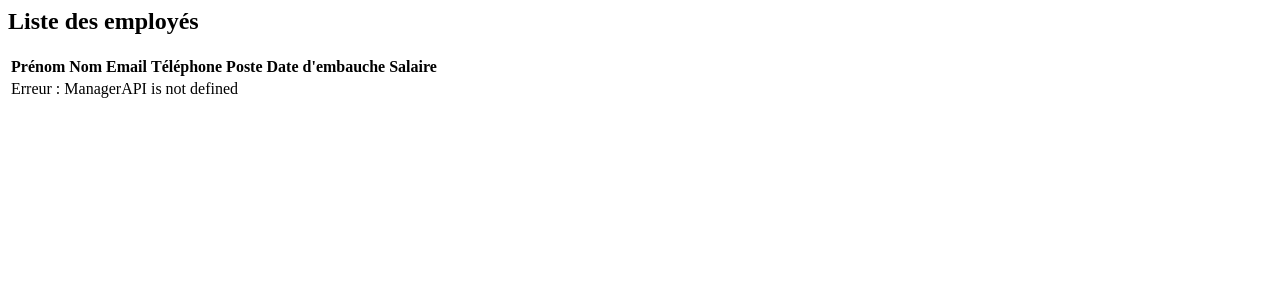
Repository: amosndayikeza-dev/Reviewa
Page: public/assets/html/manager/employees-content.html
These files come from the project's save history. The page is drawn as it stood at one moment and after the next save; the edit follows.
The browser window is 1280 px wide. The pictures show the whole page.

Above is the page before, as saved 2026-06-01 14:42:57.

### public/assets/html/manager/employees-content.html
<div class="employees-container">
    <h2>Liste des employés</h2>
    <div class="table-responsive">
        <table class="tft-table" id="employees-table">
            <thead>
                <tr>
                    <th>Prénom</th>
                    <th>Nom</th>
                    <th>Email</th>
                    <th>Téléphone</th>
                    <th>Poste</th>
                    <th>Date d'embauche</th>
                    <th>Salaire</th>
                </tr>
            </thead>
            <tbody id="employees-table-body">
                <tr><td colspan="7" class="mgr-empty-hint">Chargement…</td></tr>
            </tbody>
        </table>
    </div>
</div>

<script>
(async function() {
    // Helpers locaux (au cas où les globaux ne seraient pas définis)
    const fmtMoney = (n) => (Number(n) || 0).toLocaleString('fr-FR') + ' FBU';
    const fmtDate = (d) => {
        if (!d) return '—';
        const dt = new Date(d);
        return isNaN(dt.getTime()) ? d : dt.toLocaleDateString('fr-FR');
    };
    const escapeHtml = (s) => {
        if (!s) return '';
        return String(s).replace(/[&<>]/g, function(m) {
            if (m === '&') return '&amp;';
            if (m === '<') return '&lt;';
            if (m === '>') return '&gt;';
            return m;
        });
    };

    const tbody = document.getElementById('employees-table-body');
    if (!tbody) return;
    tbody.innerHTML = '<tr><td colspan="7" class="mgr-empty-hint">Chargement…</td></tr>';

    try {
        // Appel à l'API (retourne les employés du département)
        const res = await ManagerAPI.employees.list();
        const list = res.data || [];
        if (!list.length) {
            tbody.innerHTML = '<tr><td colspan="7" class="mgr-empty-hint">Aucun employé trouvé</td></tr>';
            return;
        }
        tbody.innerHTML = list.map(e => `
            <tr>
                <td class="tft-title4 tft-clr-white3">${escapeHtml(e.first_name || '')}</td>
                <td class="tft-title4 tft-clr-white3">${escapeHtml(e.last_name || '')}</td>
                <td class="tft-title4 tft-clr-white3">${escapeHtml(e.email || '')}</td>
                <td class="tft-title4 tft-clr-white3">${escapeHtml(e.phone || e.telephone || '—')}</td>
                <td class="tft-title4 tft-clr-white3">${escapeHtml(e.position || '—')}</td>
                <td class="tft-title4 tft-clr-white3">${fmtDate(e.hired_at || e.hire_date)}</td>
                <td class="tft-title4 tft-clr-white3">${fmtMoney(e.salary)}</td>
            </tr>
        `).join('');
    } catch (err) {
        console.error('Erreur chargement employés:', err);
        tbody.innerHTML = `<tr><td colspan="7" class="mgr-empty-hint tft-clr-red">Erreur : ${escapeHtml(err.message)}</td></tr>`;
    }
})();
</script>

After the next save:
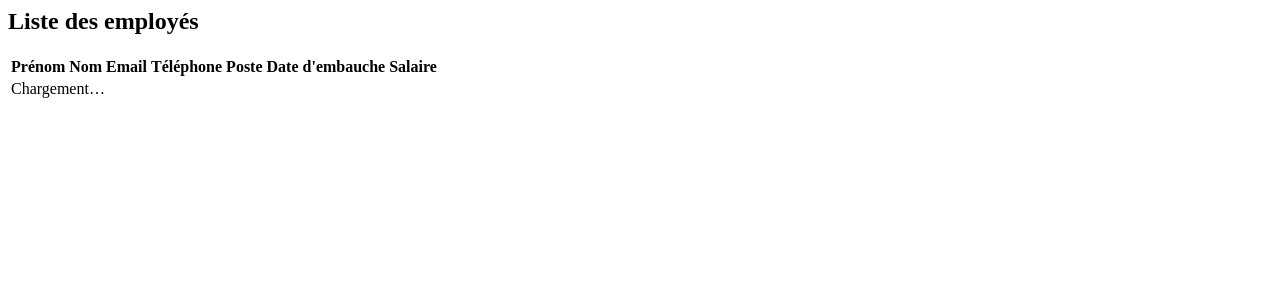
Saved 5 min 25 s later.
--- a/public/assets/html/manager/employees-content.html
+++ b/public/assets/html/manager/employees-content.html
@@ -19,52 +19,3 @@
         </table>
     </div>
 </div>
-
-<script>
-(async function() {
-    // Helpers locaux (au cas où les globaux ne seraient pas définis)
-    const fmtMoney = (n) => (Number(n) || 0).toLocaleString('fr-FR') + ' FBU';
-    const fmtDate = (d) => {
-        if (!d) return '—';
-        const dt = new Date(d);
-        return isNaN(dt.getTime()) ? d : dt.toLocaleDateString('fr-FR');
-    };
-    const escapeHtml = (s) => {
-        if (!s) return '';
-        return String(s).replace(/[&<>]/g, function(m) {
-            if (m === '&') return '&amp;';
-            if (m === '<') return '&lt;';
-            if (m === '>') return '&gt;';
-            return m;
-        });
-    };
-
-    const tbody = document.getElementById('employees-table-body');
-    if (!tbody) return;
-    tbody.innerHTML = '<tr><td colspan="7" class="mgr-empty-hint">Chargement…</td></tr>';
-
-    try {
-        // Appel à l'API (retourne les employés du département)
-        const res = await ManagerAPI.employees.list();
-        const list = res.data || [];
-        if (!list.length) {
-            tbody.innerHTML = '<tr><td colspan="7" class="mgr-empty-hint">Aucun employé trouvé</td></tr>';
-            return;
-        }
-        tbody.innerHTML = list.map(e => `
-            <tr>
-                <td class="tft-title4 tft-clr-white3">${escapeHtml(e.first_name || '')}</td>
-                <td class="tft-title4 tft-clr-white3">${escapeHtml(e.last_name || '')}</td>
-                <td class="tft-title4 tft-clr-white3">${escapeHtml(e.email || '')}</td>
-                <td class="tft-title4 tft-clr-white3">${escapeHtml(e.phone || e.telephone || '—')}</td>
-                <td class="tft-title4 tft-clr-white3">${escapeHtml(e.position || '—')}</td>
-                <td class="tft-title4 tft-clr-white3">${fmtDate(e.hired_at || e.hire_date)}</td>
-                <td class="tft-title4 tft-clr-white3">${fmtMoney(e.salary)}</td>
-            </tr>
-        `).join('');
-    } catch (err) {
-        console.error('Erreur chargement employés:', err);
-        tbody.innerHTML = `<tr><td colspan="7" class="mgr-empty-hint tft-clr-red">Erreur : ${escapeHtml(err.message)}</td></tr>`;
-    }
-})();
-</script>
